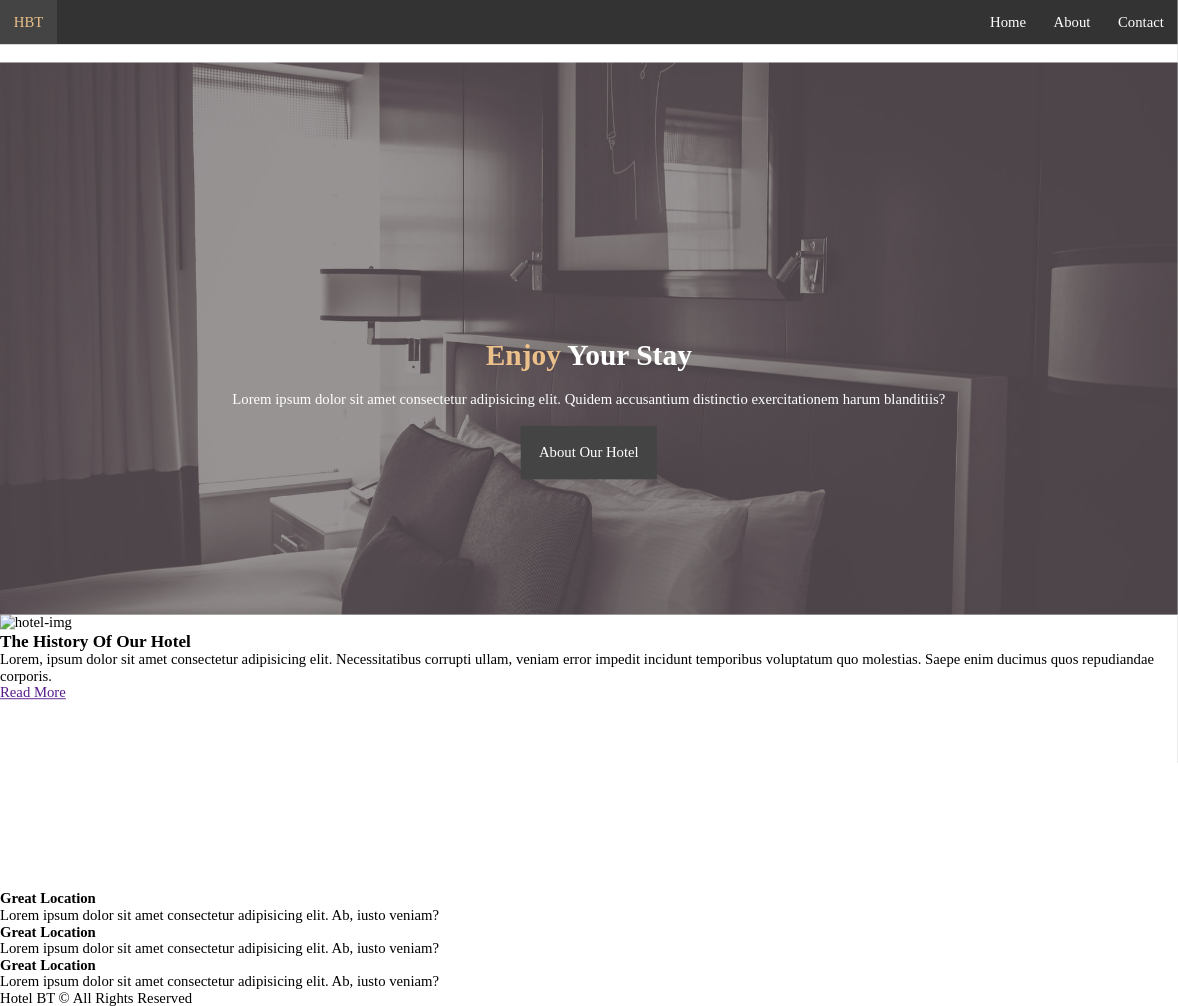
Repository: reemoon-ctrl/hotel-website
Page: 35 - hotel-website/index.html
The author's editor kept a copy of each file at every save. The page is drawn from the files as they stood at one save, then again after the next save.
The browser window is 1280 px wide. The pictures show the whole page, at 92% of full size.

Above is the page before, as saved 2024-07-21 12:18:26.

After the next save:
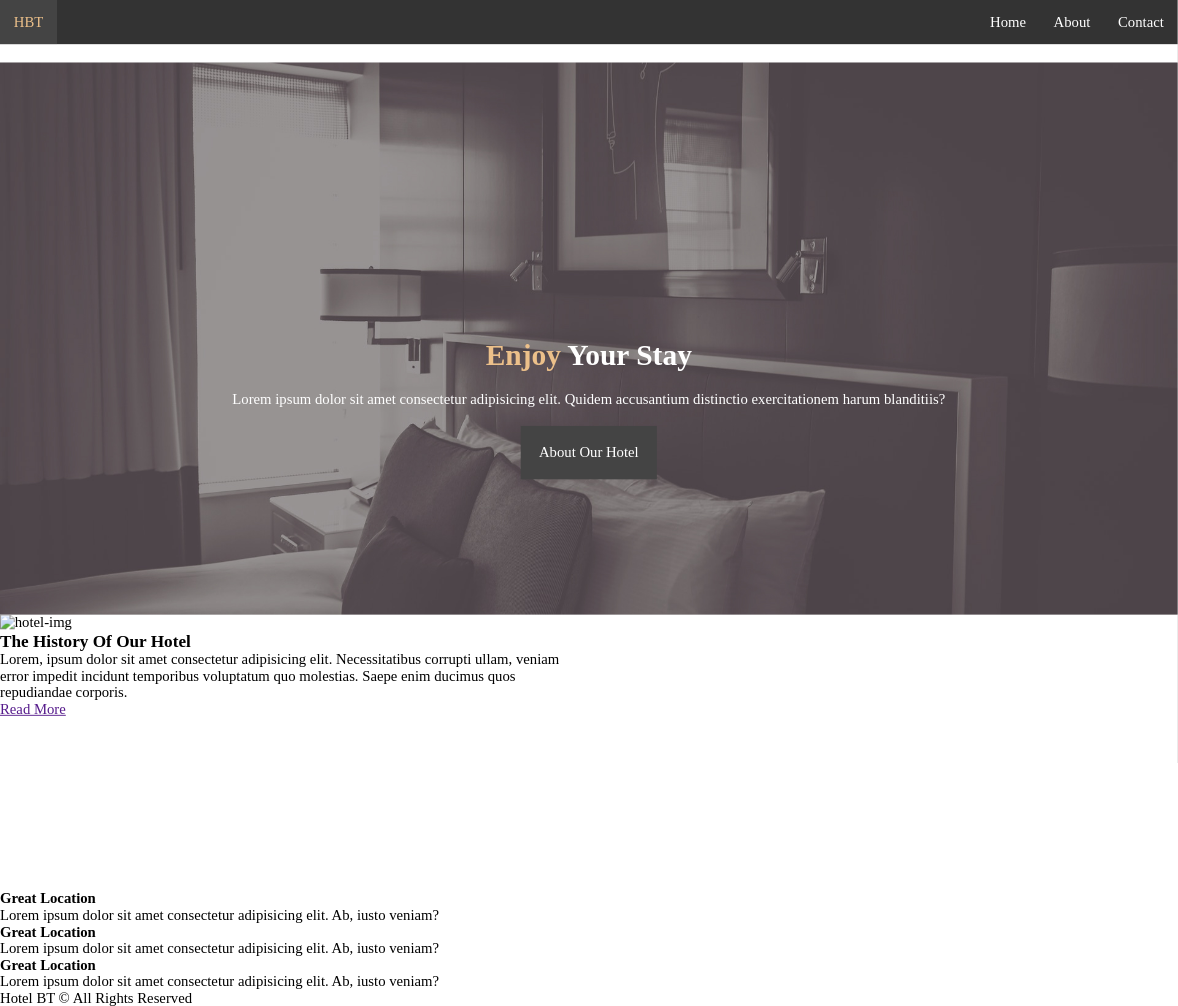
Saved 8 s later.
--- a/35 - hotel-website/index.css
+++ b/35 - hotel-website/index.css
@@ -84,5 +84,5 @@ width:50%
 
 }
 .hotel-disc{
-
+    width:50%
 }
